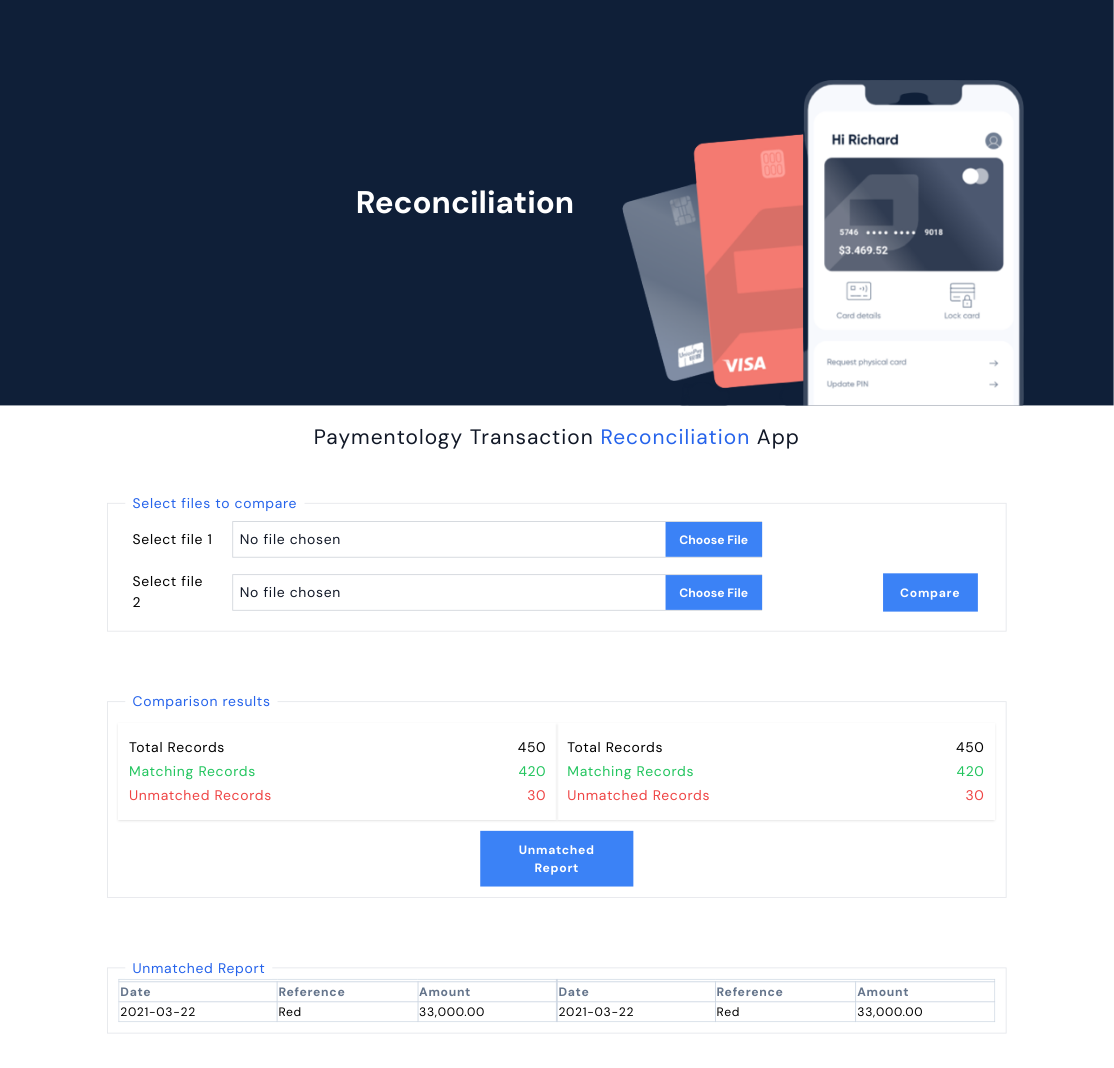
Repository: chionye/paymentology-front
Page: /
An editor plug-in stored every save of this project. The page is shown before and after a run of saves, followed by the edit.
The browser window is 1280 px wide. The pictures show the whole page, at 87% of full size.
The project was rebuilt for these pictures with package versions that can differ from the ones it lists, and the page was loaded fresh each time.

Above is the page before, as saved 2022-03-20 13:41:39.

### public/index.html
<!DOCTYPE html>
<html lang="en">
  <head>
    <meta charset="utf-8" />
    <link rel="icon" href="%PUBLIC_URL%/favicon.ico" />
    <meta name="viewport" content="width=device-width, initial-scale=1" />
    <meta name="theme-color" content="#000000" />
    <meta
      name="description"
      content="Web site created using create-react-app"
    />
    <link rel="preconnect" href="https://fonts.googleapis.com">
    <link rel="preconnect" href="https://fonts.gstatic.com" crossorigin>
    <link href="https://fonts.googleapis.com/css2?family=DM+Sans:wght@400;700&display=swap" rel="stylesheet">
    <link rel="apple-touch-icon" href="%PUBLIC_URL%/logo192.png" />
    <!--
      manifest.json provides metadata used when your web app is installed on a
      user's mobile device or desktop. See https://developers.google.com/web/fundamentals/web-app-manifest/
    -->
    <link rel="manifest" href="%PUBLIC_URL%/manifest.json" />
    <!--
      Notice the use of %PUBLIC_URL% in the tags above.
      It will be replaced with the URL of the `public` folder during the build.
      Only files inside the `public` folder can be referenced from the HTML.

      Unlike "/favicon.ico" or "favicon.ico", "%PUBLIC_URL%/favicon.ico" will
      work correctly both with client-side routing and a non-root public URL.
      Learn how to configure a non-root public URL by running `npm run build`.
    -->
    <title>React App</title>
  </head>
  <body>
    <noscript>You need to enable JavaScript to run this app.</noscript>
    <div id="root"></div>
    <!--
      This HTML file is a template.
      If you open it directly in the browser, you will see an empty page.

      You can add webfonts, meta tags, or analytics to this file.
      The build step will place the bundled scripts into the <body> tag.

      To begin the development, run `npm start` or `yarn start`.
      To create a production bundle, use `npm run build` or `yarn build`.
    -->
  </body>
</html>

### src/index.css
@tailwind base;
@tailwind components;
@tailwind utilities;

body {
  margin: 0;
  padding:0;
  box-sizing: border-box;
  font-family: -apple-system, BlinkMacSystemFont, 'Segoe UI', 'Roboto', 'Oxygen',
    'Ubuntu', 'Cantarell', 'Fira Sans', 'Droid Sans', 'Helvetica Neue',
    sans-serif;
  -webkit-font-smoothing: antialiased;
  -moz-osx-font-smoothing: grayscale;
  font-family: 'DM Sans', sans-serif;
}

input[type=file]::file-selector-button {
  position: absolute;
  right:-5px;
  top:0;

}
input[type=file]::-ms-browse {
  position: absolute;
  right:-5px;
  top:0;
}

input[type=file]::-webkit-file-upload-button {
  position: absolute;
  right:-5px;
  top:0;
}

### src/App.js
import Banner from "./components/Banner";
import CompareFiles from "./components/CompareFiles";
import { FileProvider } from "./context/index.context";
import Results from "./components/Results";
import Report from "./components/Report";
import Title from "./components/Title";

function App() {
  return (
    <FileProvider>
      <Banner />
      <Title />

      <CompareFiles />
      <Results />
      <Report />
    </FileProvider>

  );
}

export default App;

### src/components/Banner.js
import BannerImg from "../assets/PaymentologyImg.png";
import Container from "./Container";
const Banner = () => {
    const style = {
        background: "#0f1f38"
    }
    return(
        <div style={style} className="flex flex-col md:flex-row md:justify-between md:items-center">
            <Container>

            </Container>
            <div className="w-1/2 text-white text-4xl font-bold text-right">
                <h1>Reconciliation</h1>
            </div>
            <div className="w-1/2 ">
            <img src={BannerImg} alt="Banner" />
            </div>

        </div>
    )
}

export default Banner;

### src/components/CompareFiles.js
import Button from "./Button";
import Container from "./Container";
import InputFile from "./InputFile";
import Section from "./Section";
import { useFileContext } from "../context/index.context";

const CompareFiles = () => {
    const {file, setFile} = useFileContext();

    const saveFile_1 = e => {
        setFile({
            ...file,
            file1: e.target.files[0],
            fileName1: e.target.files[0].name
        })
    }

    const saveFile_2 = e => {
        setFile({
            ...file,
            file2: e.target.files[0],
            fileName2: e.target.files[0].name
        })
    }

    return(
        <Container>
            <Section title={"Select files to compare"}>
                <InputFile
                file={"Select file 1"}
                handleFile={saveFile_1}
                 />
                <div className="flex flex-col md:flex-row md:items-center md:justify-between">
                    <InputFile
                    file={"Select file 2"}
                    handleFile={saveFile_2}
                    />
                    <div className="my-3 md:my-0 md:mr-5">

                    <Button width={"w-full"} label={"Compare"} />
                    </div>

                </div>
            </Section>
        </Container>

    )
}

export default CompareFiles;

### src/context/index.context.js
import { createContext, useContext, useState } from "react";

const FileContext = createContext(null);

export const FileProvider = ({children}) => {
     const [file, setFile] = useState({
        file1: '',
        fileName1: '',
        file2:'',
        fileName2: ''
    });

    return(
        <FileContext.Provider value={{file, setFile}}>
            {children}
        </FileContext.Provider>
    )
}

export const useFileContext = () => useContext(FileContext);

### src/components/Results.js
import Button from "./Button";
import Container from "./Container";
import FileSummary from "./FileSummary";
import Section from "./Section";
import { useFileContext } from "../context/index.context";

const Results = () => {
    const { file } = useFileContext();
    return(
        <Container>
            <Section title={"Comparison results"}>
                <div className="flex flex-col md:flex-row md:justify-between md:items-center">
                    <FileSummary
                        fileName={file.fileName1}
                        totalRecords={450}
                        matchingRecords={420}
                        unmatchedRecords={30}
                    />
                    <FileSummary
                        fileName={file.fileName2}
                        totalRecords={450}
                        matchingRecords={420}
                        unmatchedRecords={30}
                    />
                </div>
                <div className="md:flex md:w-44 md:justify-center md:mx-auto">
                        <Button width={"w-full"} label={"Unmatched Report"} />
                </div>
            </Section>
        </Container>
    )
}

export default Results;

### src/components/Report.js
import Container from "./Container";
import Section from "./Section";
import FileReports from "./FileReports";


const Report = () => {

    return(
        <Container>
            <Section title={"Unmatched Report"}>
                <FileReports />
            </Section>
        </Container>
    )
}

export default Report;

### src/components/Title.js
import Container from "./Container"

const Title = () => {
    return(
        <Container>
            <div className="md:w-5/6 mx-auto">
                <h1 className="font-medium tracking-wider text-center  leading-loose text-xl md:text-2xl text-gray-900">Paymentology Transaction <span className="text-blue-600">Reconciliation</span> App</h1>

            </div>
        </Container>
    )
}

export default Title;

### src/components/Container.js
const Container = (props) => {

    return <div className="p-5 mx-auto">{props.children}</div>
}
export default Container;

### src/components/Button.js
const Button = (props) => {

    return <button className={`${props.width} bg-blue-500 hover:bg-blue-700 py-3 px-5 text-sm text-white font-semibold`} disabled={true}>{props.label}</button>
}

export default Button;

### src/components/InputFile.js


const InputFile = (props) => {


    return(
        <div className="flex flex-col md:flex-row w-full md:w-3/4 md:items-center md:justify-between text-sm md:text-base tracking-wider my-2 md:px-4">
            <label className="w-28 ">{props.file}</label>
            <div className="w-full border border-1 border-gray-300 py-2.5 sm:py-2 relative md:ml-5">
                <input type="file"
                        className="block
                        font-medium
                        tracking-wider
                        w-full
                        pl-2
                        appearance-none
                        text-gray-900
                        file:py-2.5
                        file:px-4
                        file:border-0
                        file:text-sm
                        file:font-semibold
                        file:bg-blue-500
                        hover:file:bg-blue-700
                        file:text-white"
                        onChange={props.handleFile}
                    />
            </div>

        </div>
    )
}

export default InputFile;

### src/components/Section.js

const Section = (props) => {
    return(
        <div className="relative md:w-5/6  h-auto p-3 border border-1 border-gray mx-auto my-5 tracking-wider">
            <div className="absolute font-medium -top-3 left-1 md:left-5 bg-white  text-blue-600 px-2">{props.title}</div>
            {props.children}
        </div>
    )
}

export default Section;

### src/components/FileSummary.js
const FileSummary = (props) => {
    return(
        <div className="shadow text-sm md:text-base p-3 my-3 w-full md:w-1/2  max-w-lg tracking-wider ">
            <div className="font-semibold text-xl">{props.fileName}</div>
            <div className="flex flex-row justify-between my-1">
                <span>Total Records</span>
                <span>{props.totalRecords}</span>
            </div>
            <div className="flex flex-row justify-between my-1 text-green-500">
                <span>Matching Records</span>
                <span>{props.matchingRecords}</span>
            </div>
            <div className="flex flex-row justify-between my-1 text-red-500">
                <span>Unmatched Records</span>
                <span>{props.unmatchedRecords}</span>
            </div>
        </div>
    )
}

export default FileSummary;

### src/components/FileReports.js
import { useFileContext } from "../context/index.context";
import FileReport from './FileReport';

const FileReports = () => {
    const {file} = useFileContext();

    return(
        <div className="w-full overflow-x-scroll flex flex-row">
            <FileReport
                fileName={file.fileName1}
                date={'2021-03-22'}
                reference={'Red'}
                amount={'33,000.00'}
            />
            <FileReport
                fileName={file.fileName2}
                date={'2021-03-22'}
                reference={'Red'}
                amount={'33,000.00'}
            />
        </div>

    )
}

export default FileReports;

### src/components/FileReport.js
const FileReport = (props) => {
    return(
        <table className="w-full border-collapse border-gray-300 text-sm">
            <thead>
                <tr className="text-left">
                    <th className="font-medium text-base border border-slate-300" colSpan={3} >{props.fileName}</th>
                </tr>
                <tr className="text-left text-slate-500">
                    <th className="border border-slate-300">Date</th>
                    <th className="border border-slate-300">Reference</th>
                    <th className="border border-slate-300">Amount</th>
                </tr>
            </thead>
            <tbody>
                <tr>
                    <td className="border border-slate-300">{props.date}</td>
                    <td className="border border-slate-300">{props.reference}</td>
                    <td className="border border-slate-300">{props.amount}</td>
                </tr>
            </tbody>
        </table>
    )
}

export default FileReport;

Loaded but not shown: src/index.js (common file); src/reportWebVitals.js (common file); tailwind.config.js (common file)

After the next 5 saves:
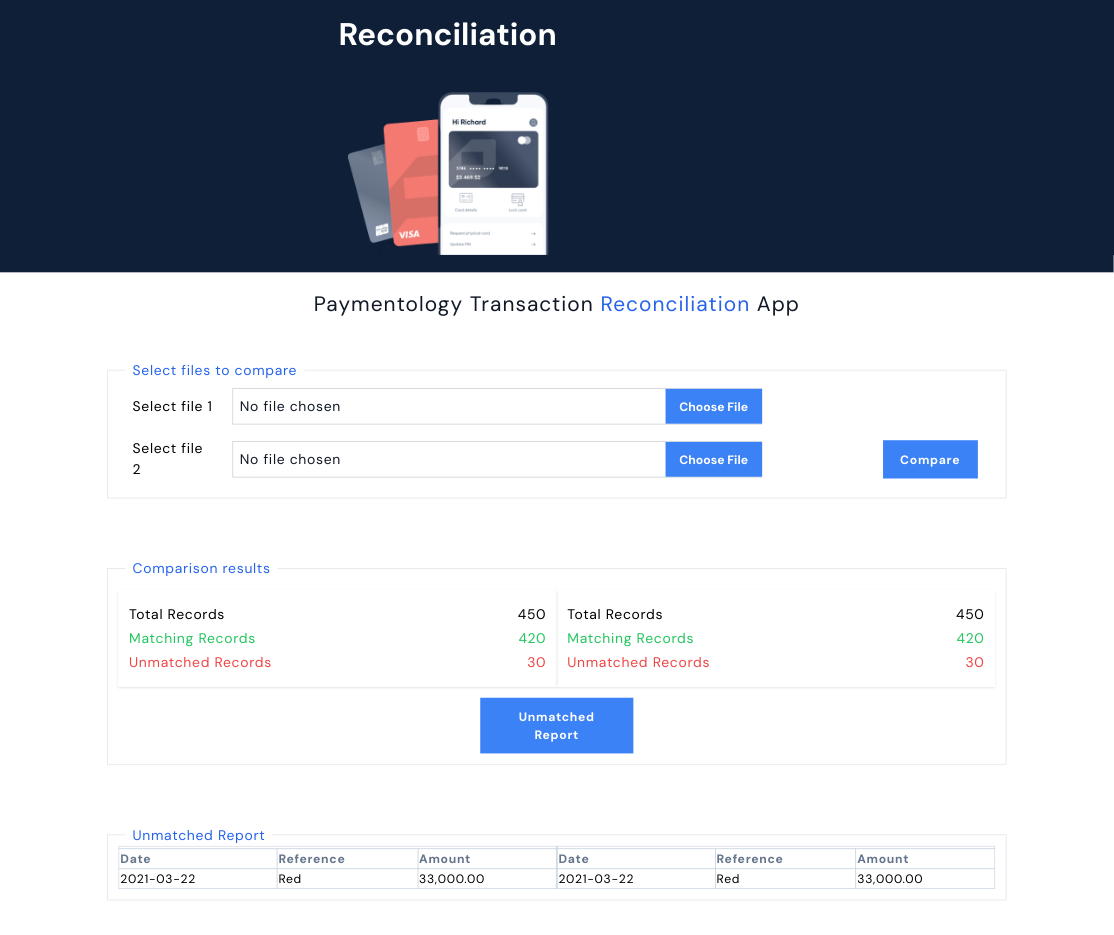
The 5 saves are shown as one change because 1 did not build or start and some came seconds apart.
The last was saved 18 s later.
--- a/src/components/Banner.js
+++ b/src/components/Banner.js
@@ -7,14 +7,15 @@ const Banner = () => {
     return(
         <div style={style} className="flex flex-col md:flex-row md:justify-between md:items-center">
             <Container>
-
-            </Container>
             <div className="w-1/2 text-white text-4xl font-bold text-right">
                 <h1>Reconciliation</h1>
             </div>
             <div className="w-1/2 ">
-            <img src={BannerImg} alt="Banner" />
+                <img src={BannerImg} alt="Banner" />
             </div>
+            </Container>
+
+
 
         </div>
     )
